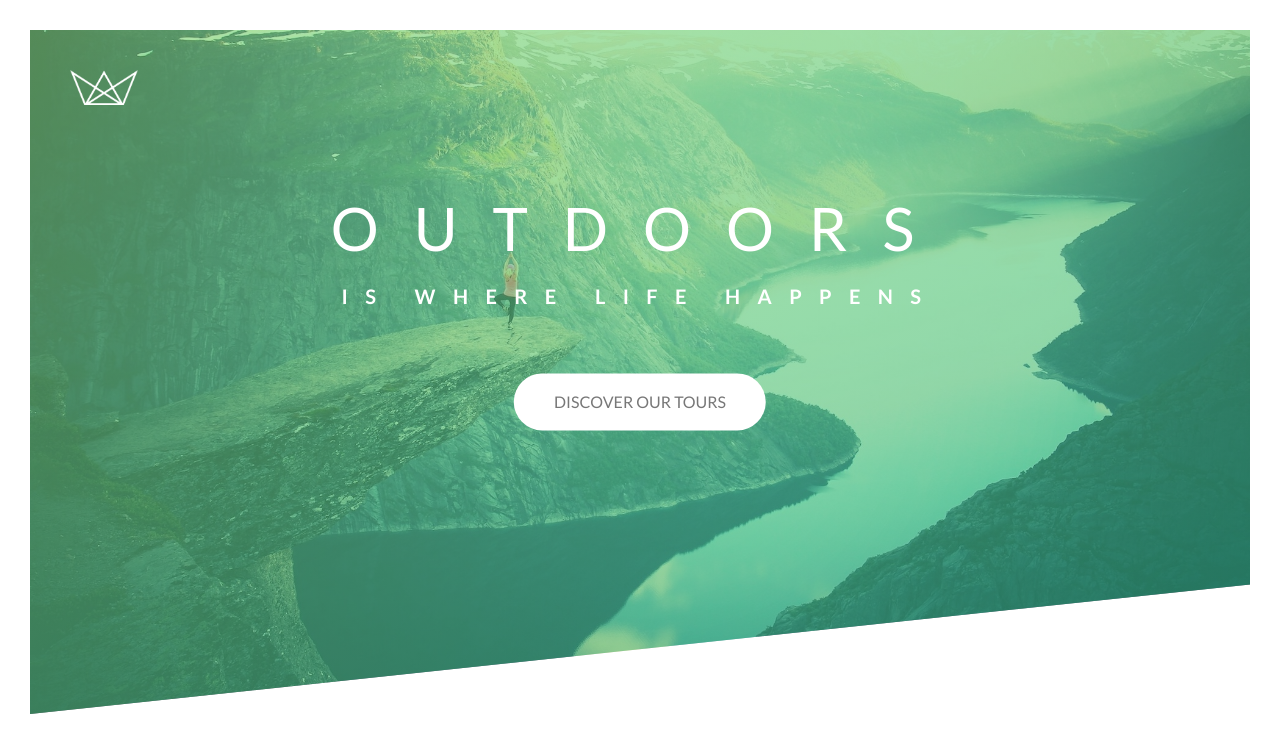
Repository: mukiSabljakovic/NatoursV1
Page: index.html
These files come from the project's save history. The page is drawn as it stood at one moment and after the next save; the edit follows.
The browser window is 1280 px wide. The pictures show the whole page.
Some web libraries are served in a nearby version.

Above is the page before, as saved 2020-05-11 16:17:22.

### index.html
<!DOCTYPE html>
<html lang="en">
    <head>
        <meta charset="UTF-8">
        <meta name="viewport" content="width=device-width, initial-scale=1.0">

        <link href="https://fonts.googleapis.com/css?family=Lato:100,300,400,700,900" rel="stylesheet">

        <link rel="stylesheet" href="https://use.fontawesome.com/releases/v5.13.0/css/all.css" integrity="sha384-Bfad6CLCknfcloXFOyFnlgtENryhrpZCe29RTifKEixXQZ38WheV+i/6YWSzkz3V" crossorigin="anonymous">
        <link rel="stylesheet" href="style.css">
        <link rel="stylesheet" href="css/style.css">
        <link rel="shortcut icon" type="image/png" href="img/favicon.png">

        <title>Natours | Exciting tours for adventurous people</title>
    </head>
    <body>
       <header class="header">
           <div class="logo-box">
               <img class="logo" src="img/logo-white.png" alt="Natours Logo">
           </div>

           <div class="text-box">
               <h1 class="heading-primary">
                   <span class="heading-primary-main">Outdoors</span>
                   <span class="heading-primary-sub">is where life happens</span>
               </h1>
               <a href="#" class="btn btn-white">Discover our tours</a>
           </div>

       </header>

    </body>
</html>

### css/style.css
@import url('https://fonts.googleapis.com/css2?family=Lato:wght@300;400;900&display=swap');

/*
COLORS:

Light green: #7ed56f
Medium green: #55c57a
Dark green: #28b485

*/

/* Basic Reset */


* {
    margin: 0;
    padding: 0;
    box-sizing: border-box;
}

body {
    font-family: 'Lato', sans-serif;
    font-weight: 400;
    font-size: 16px;
    line-height: 1.7;
    color: #777;
    padding: 1.875rem;
}

.header {
    height: 95vh;
    background-image: linear-gradient(
        to right bottom,
        rgba(126, 213, 111, .6),
        rgba(40, 180, 133, .6)),
        url(../img/hero.jpg);
    background-size: cover;
    background-position: top;

    clip-path: polygon(0 0, 100% 0, 100% 77vh, 0 100%);
    position: relative;
}

.logo-box {
    position: absolute;
    top: 40px;
    left: 40px;
}

.logo {
    height: 35px;
}

.text-box {
    position: absolute;
    top: 40%;
    left: 50%;
    transform: translate(-50%, -50%);
    text-align: center;
}

.heading-primary {
    color: #fff;
    text-transform: uppercase;

    /* Fix animation shaking */
    backface-visibility: hidden;
    margin-bottom: 60px;
}

.heading-primary-main {
    display: block;
    font-size: 3.75rem;
    font-weight: 400;
    letter-spacing: 2.1875rem;

    animation-name: moveInLeft;
    animation-duration: 1s;
    animation-timing-function: ease-out;
}

.heading-primary-sub {
    display: block;
    font-size: 1.25rem;
    font-weight: 700;
    letter-spacing: 1.0875rem;

    animation: moveInRight 1s ease-out;
}

@keyframes moveInLeft {
    0% {
        opacity: 0;
        transform: translateX(-100%);
    }

    80% {
        transform: translateX(10px);
    }

    100% {
        opacity: 1;
        trannsform: translate(0);
    }
}

@keyframes moveInRight {
    0% {
        opacity: 0;
        transform: translateX(100%);
    }

    80% {
        transform: translateX(-10px);
    }

    100% {
        opacity: 1;
        transform: translate(0);
    }
}

.btn:link,
.btn:visited {
    text-transform: uppercase;
    text-decoration: none;
    padding: 15px 40px;
    display: inline-block;
    border-radius: 100px;
    transition: all .2s;
}

.btn:hover {
    transform: translateY(-3px);
}

.btn:active {
    transform: translateY(-1px);
}

.btn-white {
    background-color: #fff;
    color: #777;
}

After the next save:
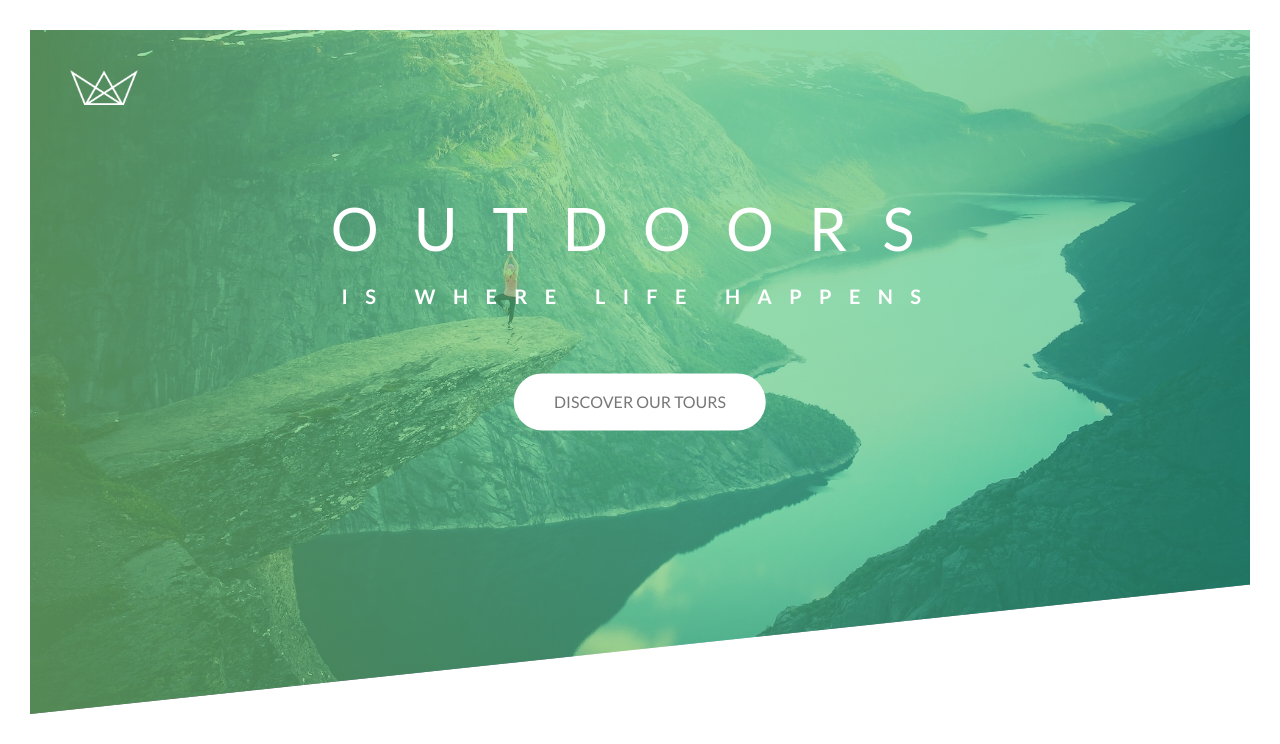
Saved 19 s later.
--- a/css/style.css
+++ b/css/style.css
@@ -30,7 +30,7 @@
 .header {
     height: 95vh;
     background-image: linear-gradient(
-        to right bottom,
+        to right,
         rgba(126, 213, 111, .6),
         rgba(40, 180, 133, .6)),
         url(../img/hero.jpg);

After the 2 saves that followed:
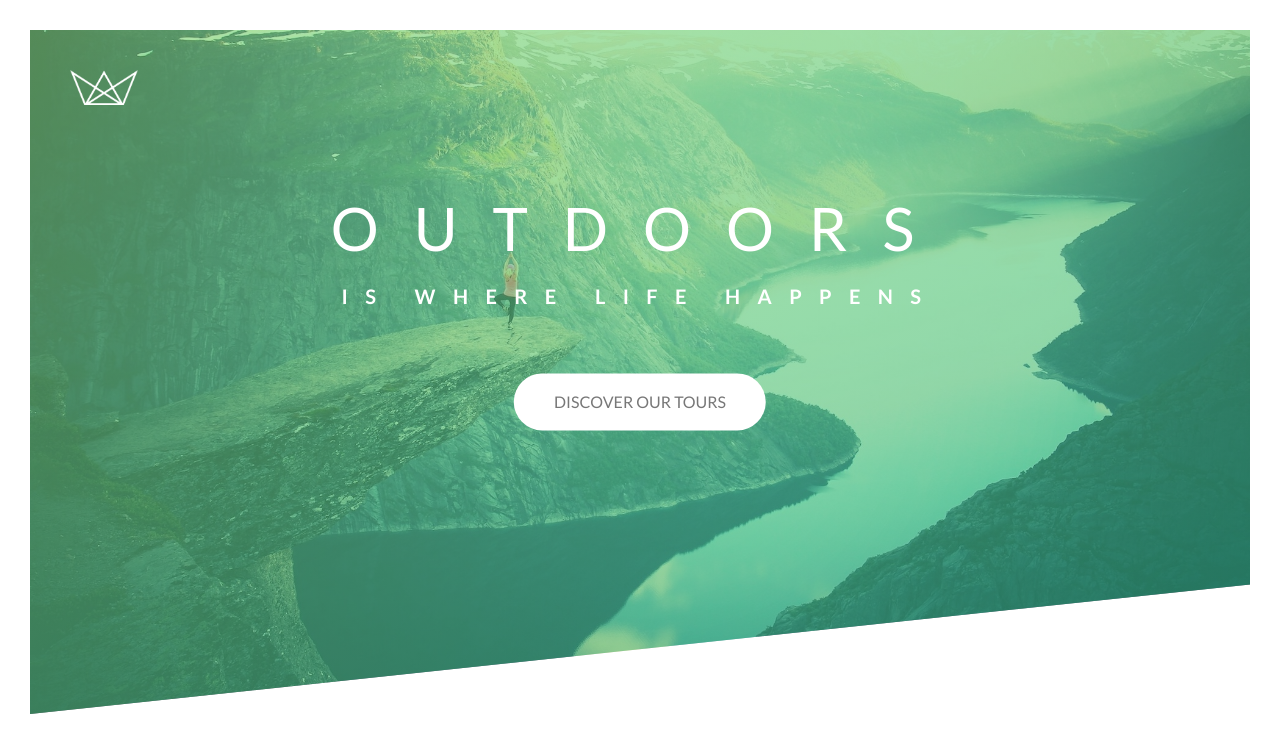
The 2 saves are shown as one change because they came seconds apart.
The last was saved 7 s later.
--- a/css/style.css
+++ b/css/style.css
@@ -30,7 +30,7 @@
 .header {
     height: 95vh;
     background-image: linear-gradient(
-        to right,
+        to right bottom,
         rgba(126, 213, 111, .6),
         rgba(40, 180, 133, .6)),
         url(../img/hero.jpg);
